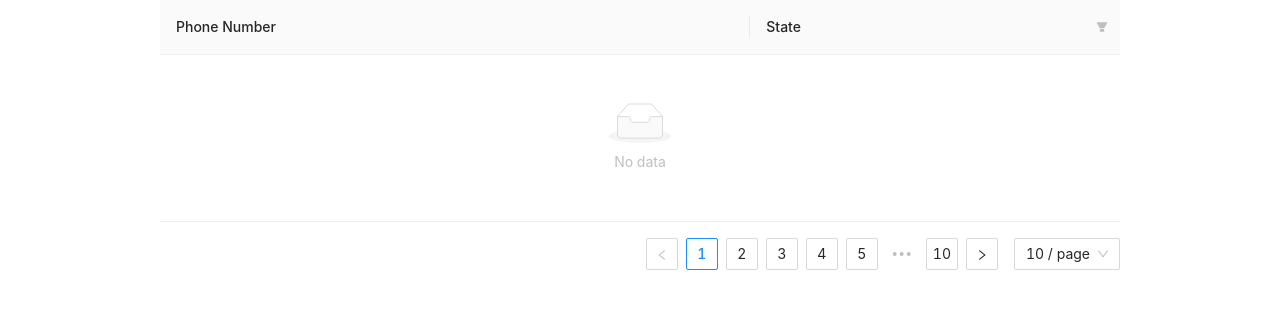
Repository: MohamedMedhat96/jumia-phone-directory-task
Page: / (app in jumia-task-frontend/)
The author's editor kept a copy of each file at every save. The page is drawn from the files as they stood at one save, then again after the next save.
The browser window is 1280 px wide. The pictures show the whole page.
The page's requests for data from a server got no answer. The project was rebuilt for these pictures with package versions that can differ from the ones it lists, and the page was loaded fresh each time. No one was signed in, and anything a server would have sent is missing.

Above is the page before, as saved 2021-10-16 04:46:20.

After the next save:
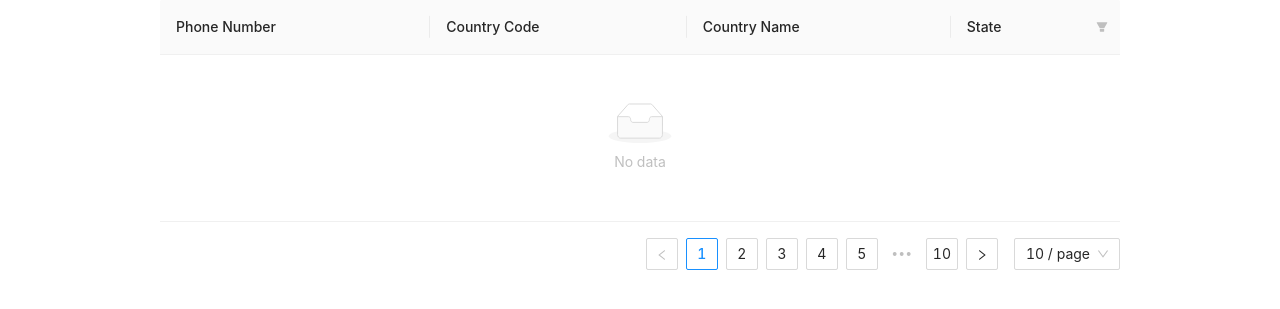
Saved 106 s later.
--- a/jumia-task-frontend/src/App.js
+++ b/jumia-task-frontend/src/App.js
@@ -29,6 +29,8 @@ function App() {
   }
   const columns = [
     { title: "Phone Number", dataIndex: "phoneNumber", key: "phoneNumber" },
+    { title: "Country Code", dataIndex: "country.code", key: "countryCode" },
+    { title: "Country Name", dataIndex: "country.name", key: "countryName" },
     {
       title: "State", dataIndex: "state", key: "state", filters: [{ text: "True", value: "true" }, {
         text: "False", value: "false",
